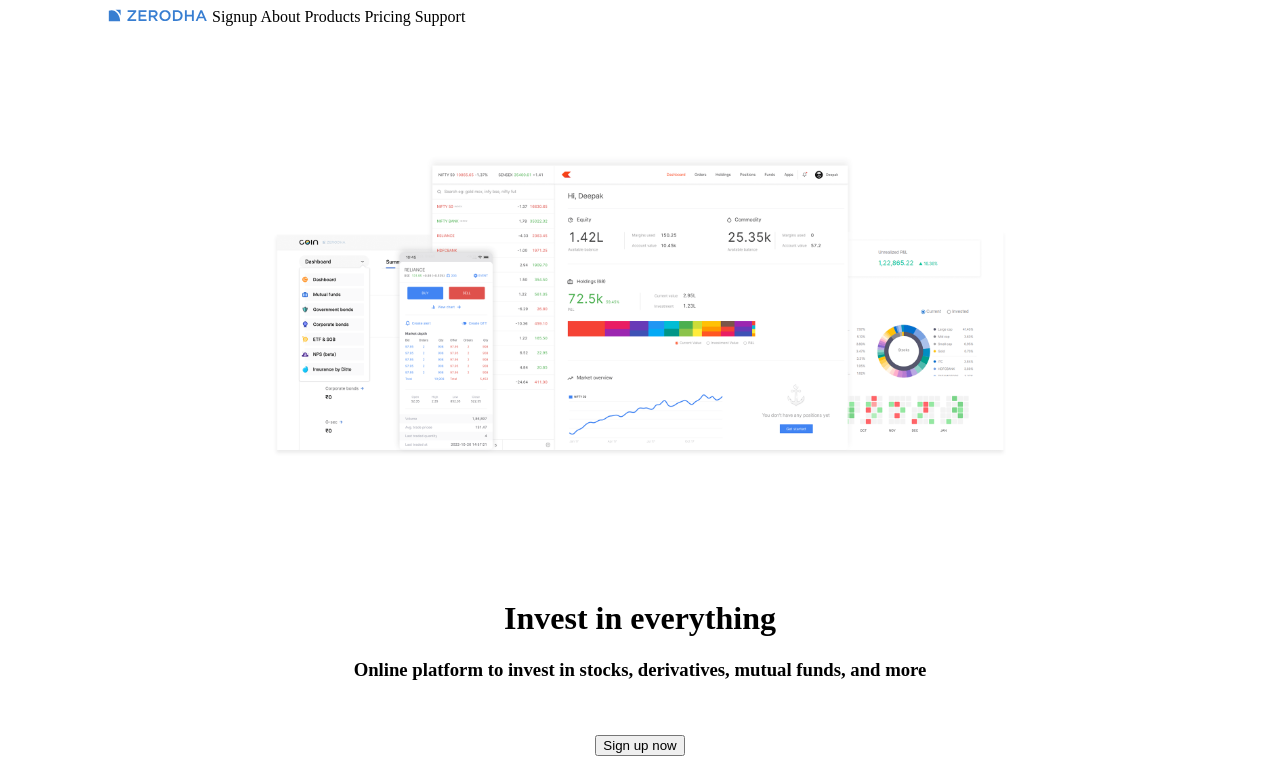
Repository: VISHALGUPTA100803/Harkirat_MERN
Page: zerodha_landing_page week0(html+css)/index.html
An editor plug-in stored every save of this project. The page is shown before and after the next save, followed by the edit.
The browser window is 1280 px wide. The pictures show the whole page.

Above is the page before, as saved 2023-12-16 17:29:56.

After the next save:
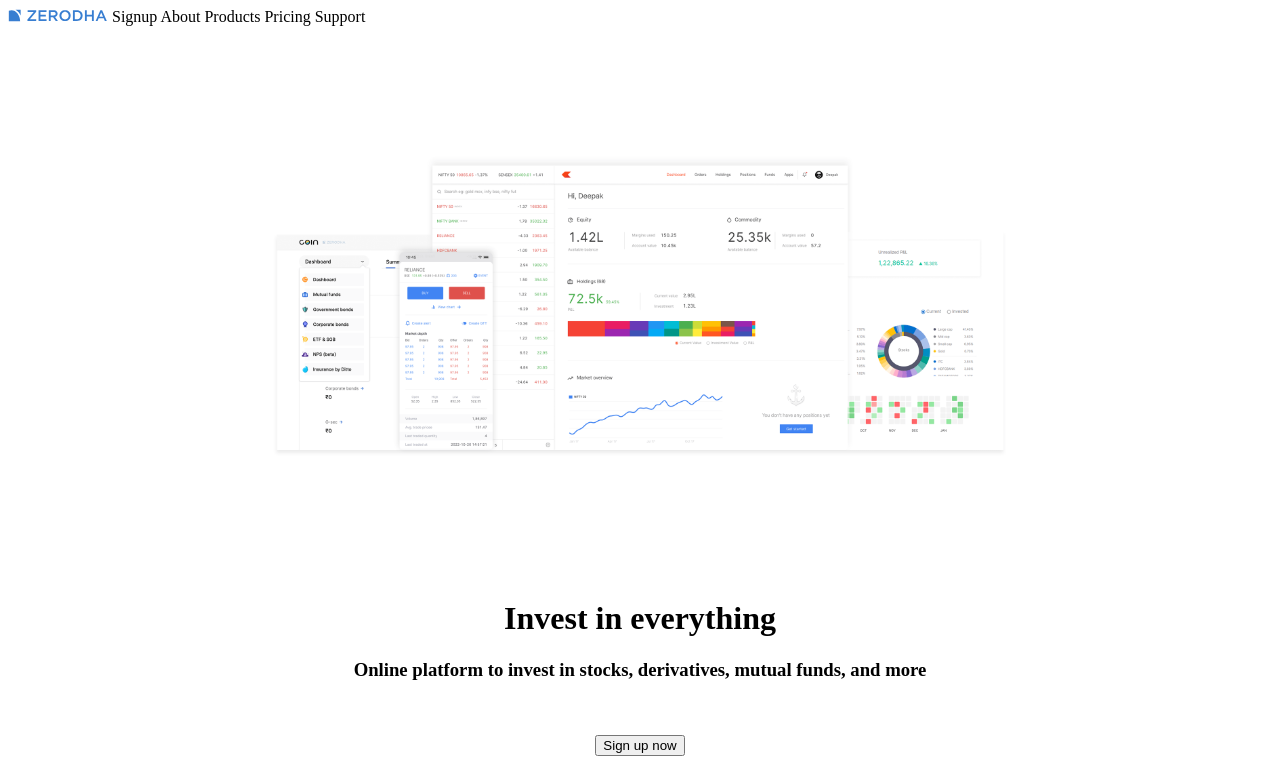
Saved 16 s later.
--- a/zerodha_landing_page week0(html+css)/index.html
+++ b/zerodha_landing_page week0(html+css)/index.html
@@ -1,5 +1,4 @@
-<div style = "margin-left: 100px;
-margin-right: 100px;">
+<div style = "">
     <img width = "100" src = "logo.svg"> </img>
     <span style=>Signup </span>
 
